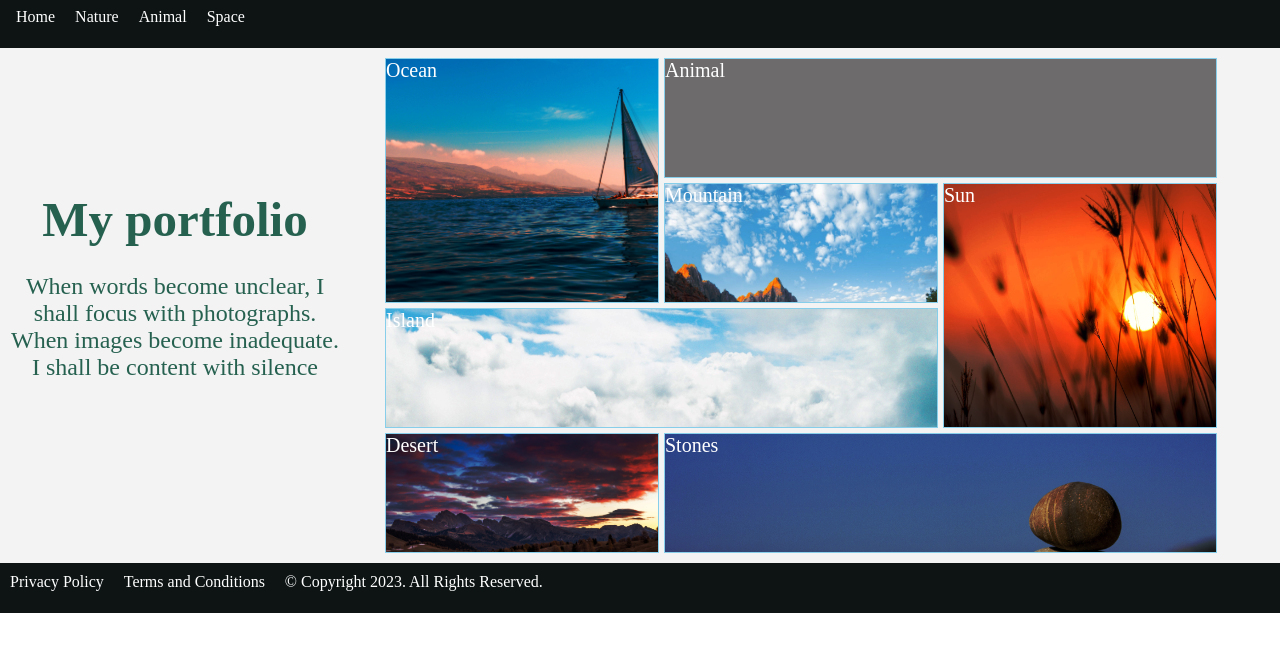
Repository: suraj-yadav7/03_Gallery_Portfolio
Page: index.html
The author's editor kept a copy of each file at every save. The page is drawn from the files as they stood at one save, then again after the next save.
The browser window is 1280 px wide. The pictures show the whole page.
Pictures or frames that could not be fetched are drawn as grey boxes. Some web fonts or font styles are not loaded; a fallback is used.

Above is the page before, as saved 2023-02-14 21:59:18.

After the next save:
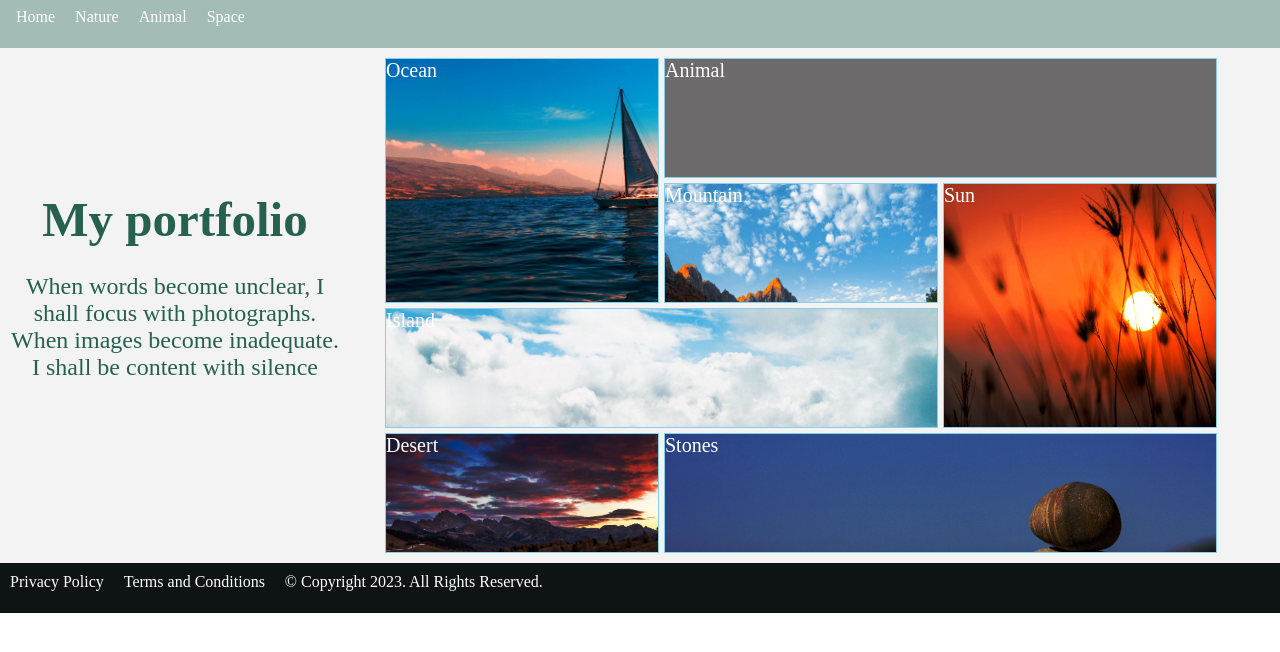
Saved 68 s later.
--- a/style.css
+++ b/style.css
@@ -33,7 +33,7 @@ a{
 
 /* Nav section */
 .nav-container{
-    background-color: rgb(14, 20, 20);
+    background-color:  #A3BCB6;
     padding: 1rem;
     font-family: 'Bodoni Moda', serif;
     font-size: 1rem;
